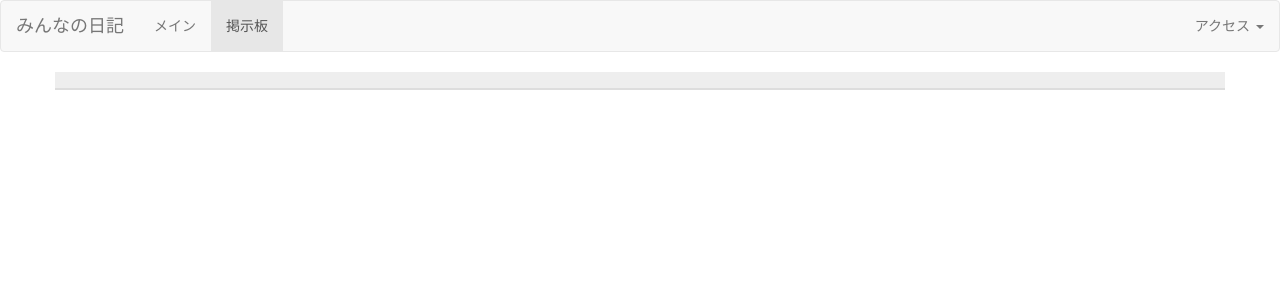
Repository: dengpu/JSP
Page: http://localhost/BBS/bbs.jsp
The author's editor kept a copy of each file at every save. The page is drawn from the files as they stood at one save, then again after the next save.
The browser window is 1280 px wide. The pictures show the whole page.
Some web libraries are served in a nearby version. The page is served by Tomcat 9. Other server files are loaded and not shown.

Above is the page before, as saved 2017-05-15 07:55:23.

### BBS/WebContent/bbs.jsp
<%@ page language="java" contentType="text/html; charset=UTF-8"
	pageEncoding="UTF-8"%>
<!DOCTYPE html>
<html>
<head>
<meta http-equiv="Content-Type" content="text/html; charset=UTF-8">
<meta name="viewport" content="width=device-width, initial-scale=1">
<link rel="stylesheet" href="css/bootstrap.css">
<title>みんなの日記</title>
</head>
<body>
	<%
		String ID = null;
		if (session.getAttribute("ID") != null) {
			ID = (String) session.getAttribute("ID");
		}
	%>


	<nav class="navbar navbar-default">
		<div class="navbar-header">
			<button type=button class="navbar-toggle collapsed"
				data-toggle="collapse" data-target="#bs-example-navbar-collapse-1"
				aria-expanded="false">
				<span class="icon-bar"></span> <span class="icon-bar"></span> <span
					class="icon-bar"></span>

			</button>
			<a class="navbar-brand" href="main.jsp">みんなの日記</a>
		</div>
		<div class="collapse navbar-collapse"
			id="bs-example-navbar-collapse-1">
			<ul class="nav navbar-nav ">
				<li><a href="main.jsp">メイン</a></li>
				<li class="active"><a href="bbs.jsp">掲示板</a></li>
			</ul>


			<%
				if (ID == null) {
			%>
			<ul class="nav navbar-nav navbar-right">
				<li class="dropdown"><a href="#" class="dropdown-toggle"
					data-toggle="dropdown" role="button" aria-haspopup="true"
					aria-expanded="false">アクセス <span class="caret"></span></a>


					<ul class="dropdown-menu">
						<li><a href="login.jsp">ログイン</a></li>
						<li><a href="join.jsp">会員登録</a></li>

					</ul></li>
			</ul>
			<%
				} else {
			%>
			<ul class="nav navbar-nav navbar-right">
				<li class="dropdown"><a href="#" class="dropdown-toggle"
					data-toggle="dropdown" role="button" aria-haspopup="true"
					aria-expanded="false">アクセス <span class="caret"></span></a>


					<ul class="dropdown-menu">
						<li><a href="logoutAction.jsp">ログアウト</a></li>

					</ul></li>
			</ul>
			<%
				}
			%>
		</div>
	</nav>

	<div class="container">
		<div class="row">
		<table class="table table-striped" style="text-align:center;
		border:1px soild #dddddd">
		<thead>
		<tr>
		<th style="background-color:#eeeeee; text-align:center;"></th>
		</tr>
		</thead>
		</table>
		</div>
	</div>



	<script src="https://code.jquery.com/jquery-3.1.1.min.js"></script>
	<script src="js/bootstrap.js"></script>

</body>
</html>

Loaded but not shown: BBS/WebContent/css/bootstrap.css (library); BBS/WebContent/js/bootstrap.js (library)

After the next save:
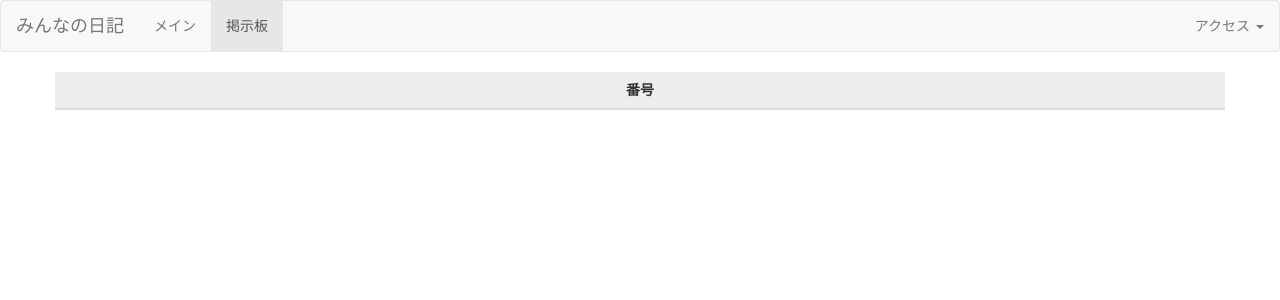
Saved 5 s later.
--- a/BBS/WebContent/bbs.jsp
+++ b/BBS/WebContent/bbs.jsp
@@ -77,7 +77,7 @@
 		border:1px soild #dddddd">
 		<thead>
 		<tr>
-		<th style="background-color:#eeeeee; text-align:center;"></th>
+		<th style="background-color:#eeeeee; text-align:center;">番号</th>
 		</tr>
 		</thead>
 		</table>
